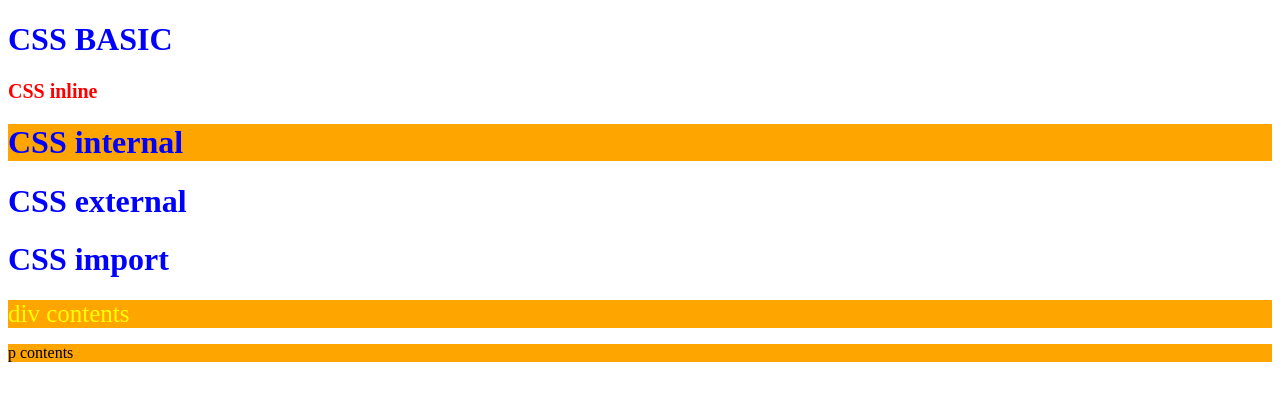
Repository: jelly02/workspace_web
Page: workspace_webui_LECTURE/04.css_basic/src/main/webapp/index.html
These files come from the project's save history. The page is drawn as it stood at one moment and after the next save; the edit follows.
The browser window is 1280 px wide. The pictures show the whole page.

Above is the page before, as saved 2021-06-28 01:25:09.

After the next save:
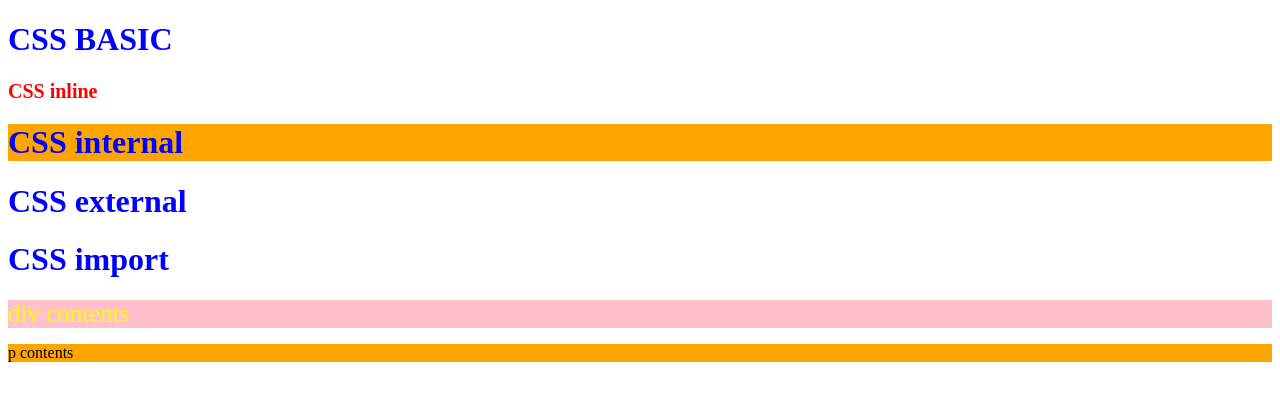
Saved 16 s later.
--- a/workspace_webui_LECTURE/04.css_basic/src/main/webapp/index.html
+++ b/workspace_webui_LECTURE/04.css_basic/src/main/webapp/index.html
@@ -14,7 +14,7 @@
 	}
 
 	div.common {
-		background-color: greeen;
+		background-color: pink;
 		font-size: 25px;
 		color: yellow;
 	}
